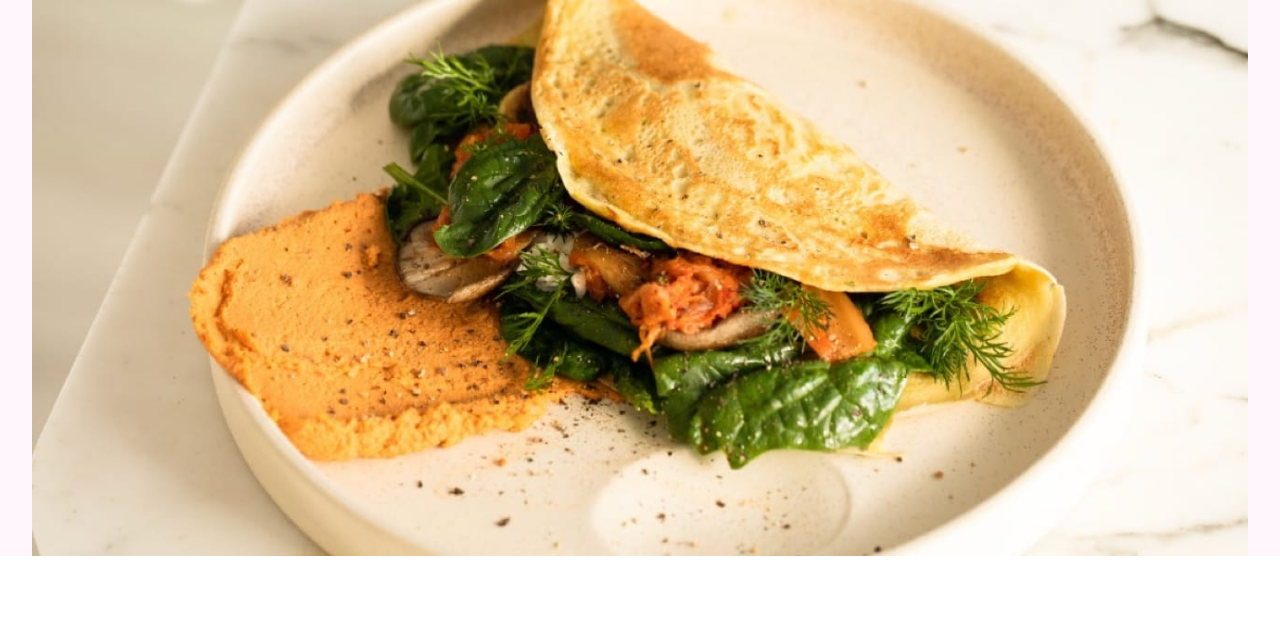
Repository: brandontaylor1/recipe-page
Page: index.html
An editor plug-in stored every save of this project. The page is shown before and after the next save, followed by the edit.
The browser window is 1280 px wide. The pictures show the whole page.

Above is the page before, as saved 2024-12-28 21:33:40.

After the next save:
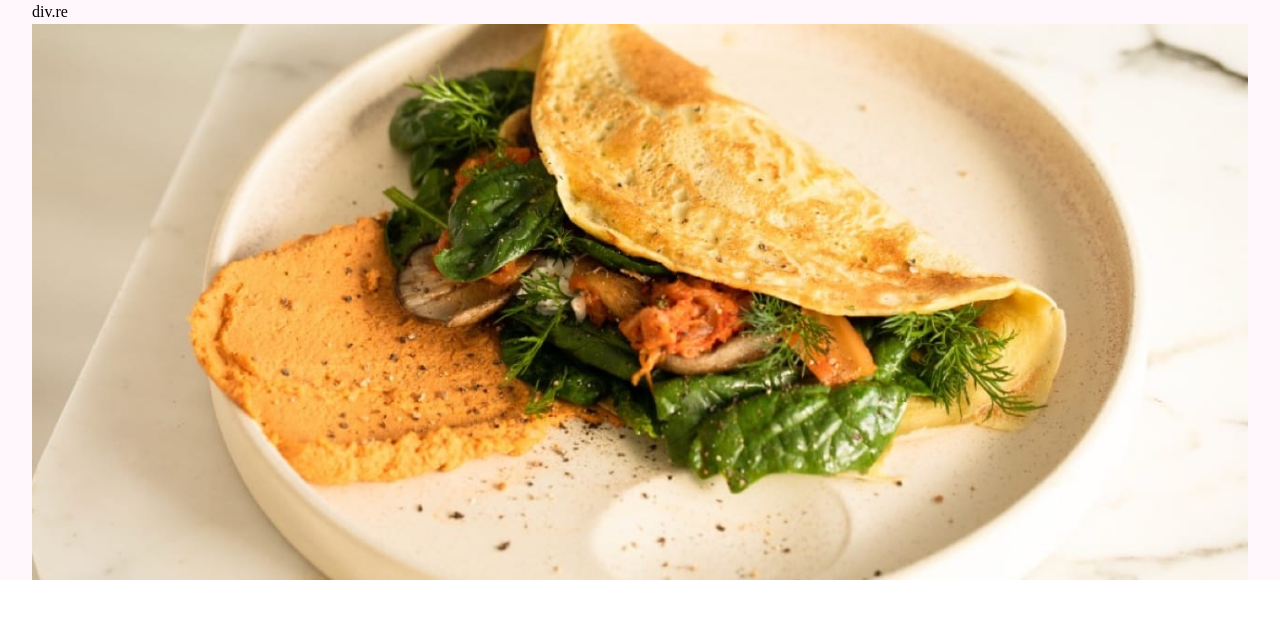
Saved 4 s later.
--- a/index.html
+++ b/index.html
@@ -8,7 +8,7 @@
 </head>
 <body>
     <main class="container backgroundColor">
-
+        div.re
         <img src="./assets/images/image-omelette.jpeg" alt="recipe-image">
         <h1></h1>
 
